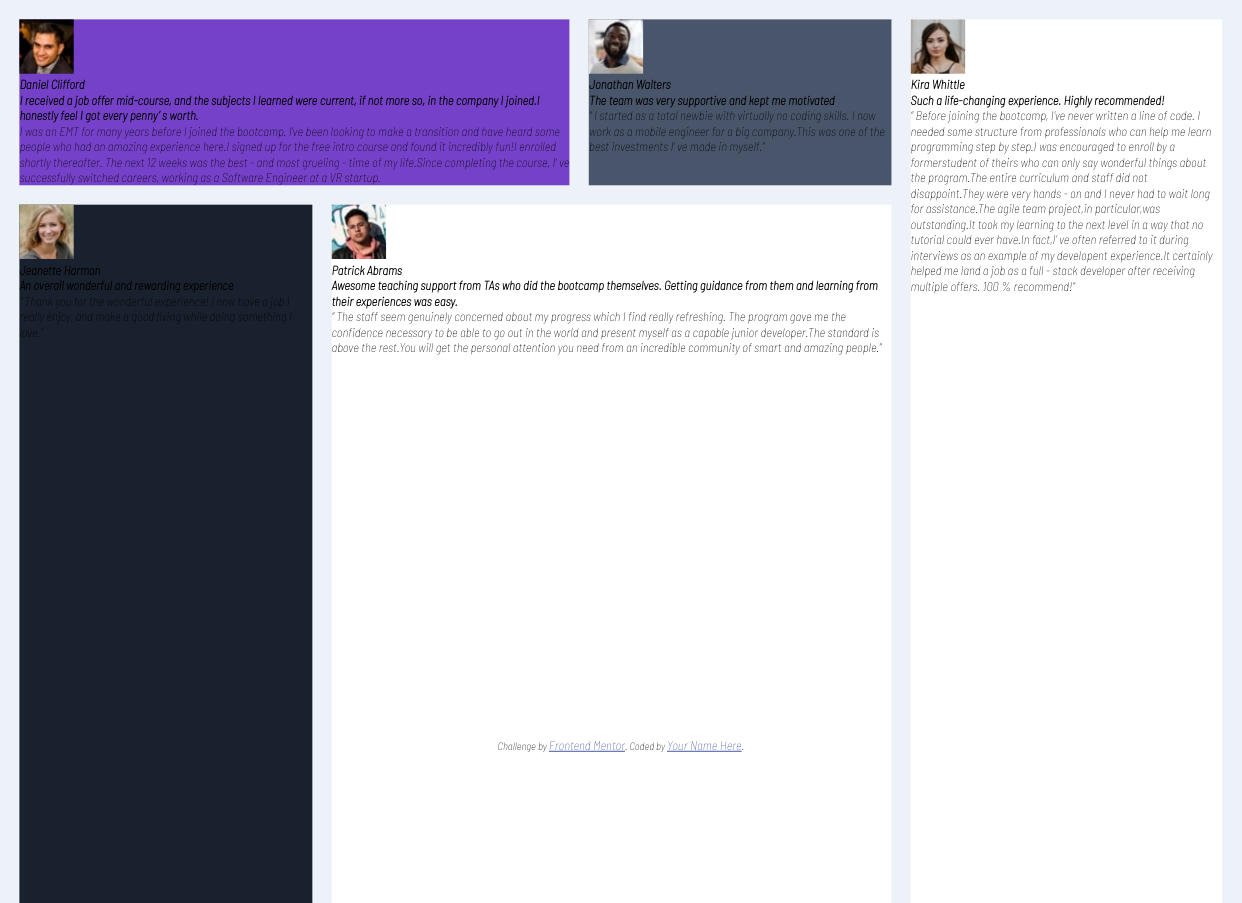
Repository: ibtihelbs/testimonials-grid-section-main
Page: index.html
These files come from the project's save history. The page is drawn as it stood at one moment and after a run of saves; the edit follows.
The browser window is 1280 px wide. The pictures show the whole page, at 97% of full size.

Above is the page before, as saved 2022-04-13 16:37:12.

### index.html
<!DOCTYPE html>
<html lang="en">
<head>
  <meta charset="UTF-8">
  <meta name="viewport" content="width=device-width, initial-scale=1.0"> <!-- displays site properly based on user's device -->
  <link rel="stylesheet" href="style.css">
  <link rel="icon" type="image/png" sizes="32x32" href="./images/favicon-32x32.png">

  <title>Frontend Mentor | [Challenge Name Here]</title>

  <!-- Feel free to remove these styles or customise in your own stylesheet 👍 -->
  <style>
    .attribution { font-size: 11px; text-align: center; }
    .attribution a { color: hsl(228, 45%, 44%); }
  </style>
</head>
<body>
  <main>

  </main>
  <div class="attribution">
    Challenge by <a href="https://www.frontendmentor.io?ref=challenge" target="_blank">Frontend Mentor</a>.
    Coded by <a href="#">Your Name Here</a>.
  </div>
  <script src="app.js"></script>
</body>
</html>

### style.css
@import url("https://fonts.googleapis.com/css2?family=Barlow+Semi+Condensed:ital,wght@1,100&display=swap");

:root {
  /*### Primary*/

  --Moderate-violet: hsl(263, 55%, 52%);
  --Grayish-blue: hsl(217, 19%, 35%);
  --Blackish-blue: hsl(219, 29%, 14%);
  --White: hsl(0, 0%, 100%);

  /*### Neutral*/

  --Light-gray: hsl(0, 0%, 81%);
  --Light-grayish-blue: hsl(210, 46%, 95%);
}

* {
  padding: 0;
  margin: 0;
  font-size: 13px;
  font-family: "Barlow Semi Condensed";
  box-sizing: border-box;
}
body {
  background-color: var(--Light-grayish-blue);
}
main {
  height: 100vh;
  display: flex;
  flex-wrap: wrap;
  gap: 20px;
  margin: 20px;
}
.testimonial{
 padding
}
section:nth-child(1) {
  grid-area: first;
  background-color: var(--Moderate-violet);
}

section:nth-child(1) h6::before {
  content: url(images/image-daniel.jpg);
  border-radius: 50%;
}
section:nth-child(2) {
  grid-area: second;
  background-color: var(--Grayish-blue);

}
section:nth-child(3) {
  grid-area: third;
  background-color: var(--White);

  order: 4;
}
section:nth-child(4) {
  grid-area: four;
  background-color: var(--Blackish-blue);

  order: 5;
}
section:nth-child(5) {
  grid-area: fifth;
  height: 100vh;
  background-color: var(--White);
  order: 3;
}

main {
  display: grid;
  grid-template-areas:
    'first first second third'
    'four fifth fifth third';
}

### app.js
let obj = []
let show = document.querySelector("main");
let _html=(title,h2,paragraph,img)=>{
  let section = document.createElement("section");
   section.setAttribute("class", "testimonial");
  let add = show.appendChild(section);
  section.innerHTML=`
      <div class="figure"><img src="${img}" alt=""><h5>${title}</h5></div>
      <h1>${h2}</h1>
      <p>${paragraph}</p>
   `;
}
let _LOOP = (fet) => {
  for (let i in fet) {
    let title = fet[i].title;
    let h2 = fet[i].h2;
    let paragraph = fet[i].paragraph;
    let img=fet[i].img;
    console.log(title,h2,paragraph);
    _html(title,h2,paragraph,img);
  }
}
fetch('data.json')
  .then((response) => response.json())
  .then((data) => {
    let strin = JSON.stringify(data);
    obj = JSON.parse(strin);
    _LOOP(obj);
  })

### data.json
[{
    "title": "Daniel Clifford",
    "h2": "I received a job offer mid-course, and the subjects I learned were current, if not more so,  in the company I joined.I honestly feel I got every penny’ s worth.",
    "paragraph": " I was an EMT for many years before I joined the bootcamp. I’ve been looking to make a transition and have heard some people who had an amazing experience here.I signed up for the free intro course and found it incredibly fun!I enrolled shortly thereafter. The next 12 weeks was the best - and most grueling - time of my life.Since completing the course, I’ ve successfully switched careers, working as a Software Engineer at a VR startup.",
    "img":"images/image-daniel.jpg"
},
{
    "title": "Jonathan Walters",
    "h2": " The team was very supportive and kept me motivated",
    "paragraph": " “ I started as a total newbie with virtually no coding skills. I now work as a mobile engineer for a big company.This was one of the best investments I’ ve made in myself.”",
    "img":"images/image-jonathan.jpg"
},
{
    "title": "Kira Whittle",
    "h2": "Such a life-changing experience. Highly recommended!",
    "paragraph": " “ Before joining the bootcamp, I’ve never written a line of code. I needed some structure from professionals who can help me learn programming step by step.I was encouraged to enroll by a formerstudent of theirs who can only say wonderful things about the program.The entire curriculum and staff did not disappoint.They were very hands - on and I never had to wait long for assistance.The agile team project,in particular,was outstanding.It took my learning to the next level in a way that no tutorial could ever have.In fact,I’ ve often referred to it during interviews as an example of my developent experience.It certainly helped me land a job as a full - stack developer after receiving multiple offers. 100 % recommend!”",
    "img":"images/image-kira.jpg"
},
{
    "title": "Jeanette Harmon",
    "h2": "An overall wonderful and rewarding experience",
    "paragraph": " “ Thank you for the wonderful experience! I now have a job I really enjoy, and make a good living while doing something I love.”",
    "img":"images/image-jeanette.jpg"
},

{
    "title": "Patrick Abrams",
    "h2": "Awesome teaching support from TAs who did the bootcamp themselves. Getting guidance from them and learning from their experiences was easy.",
    "paragraph": " “ The staff seem genuinely concerned about my progress which I find really refreshing. The program gave me the confidence necessary to be able to go out in the world and present myself as a capable junior developer.The standard is above the rest.You will get the personal attention you need from an incredible community of smart and amazing people.”",
    "img":"images/image-patrick.jpg"
}

]

After the next 2 saves:
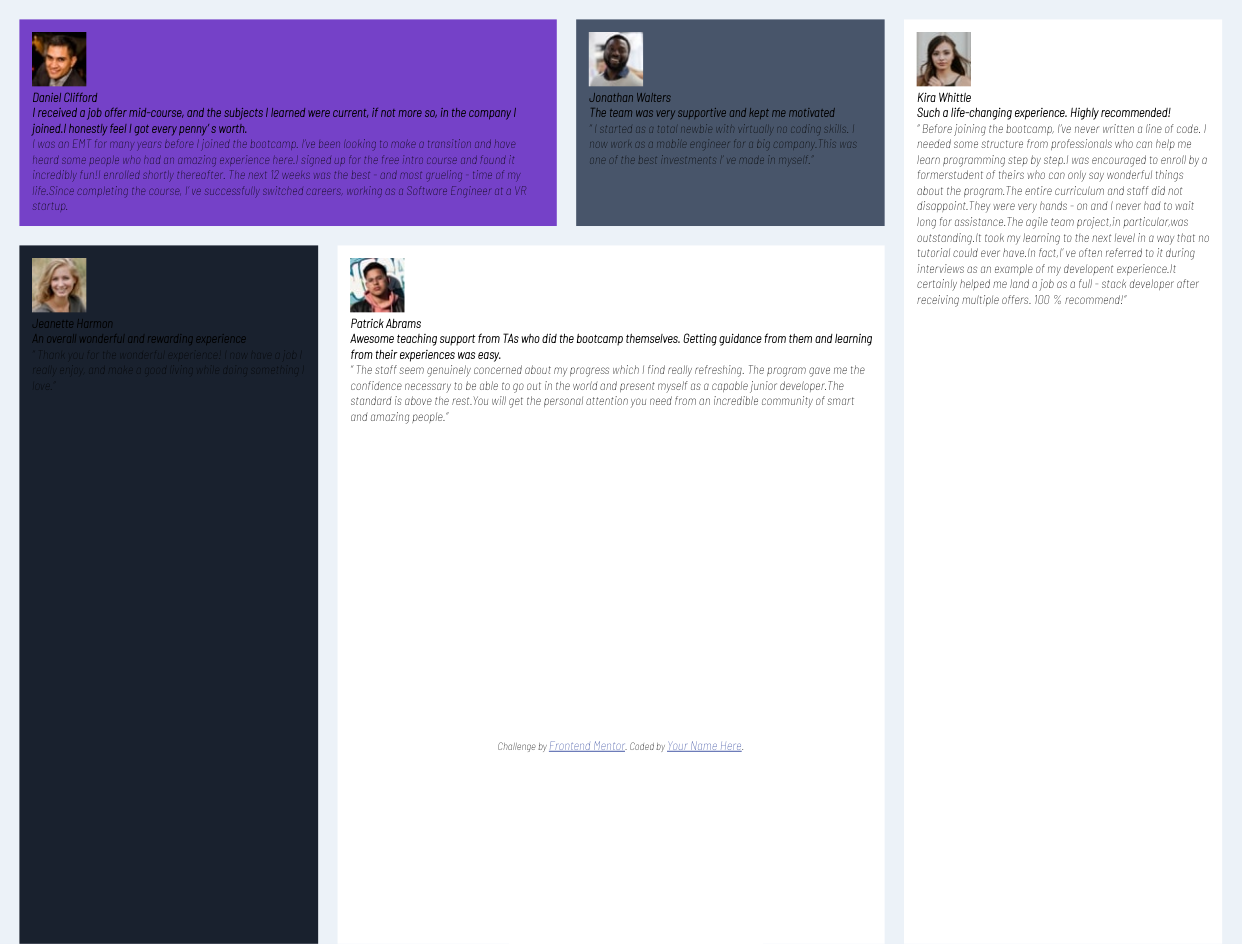
The 2 saves are shown as one change because they came seconds apart.
The last was saved 6 s later.
--- a/style.css
+++ b/style.css
@@ -32,7 +32,8 @@
   margin: 20px;
 }
 .testimonial{
- padding
+ padding:1rem;
+
 }
 section:nth-child(1) {
   grid-area: first;
